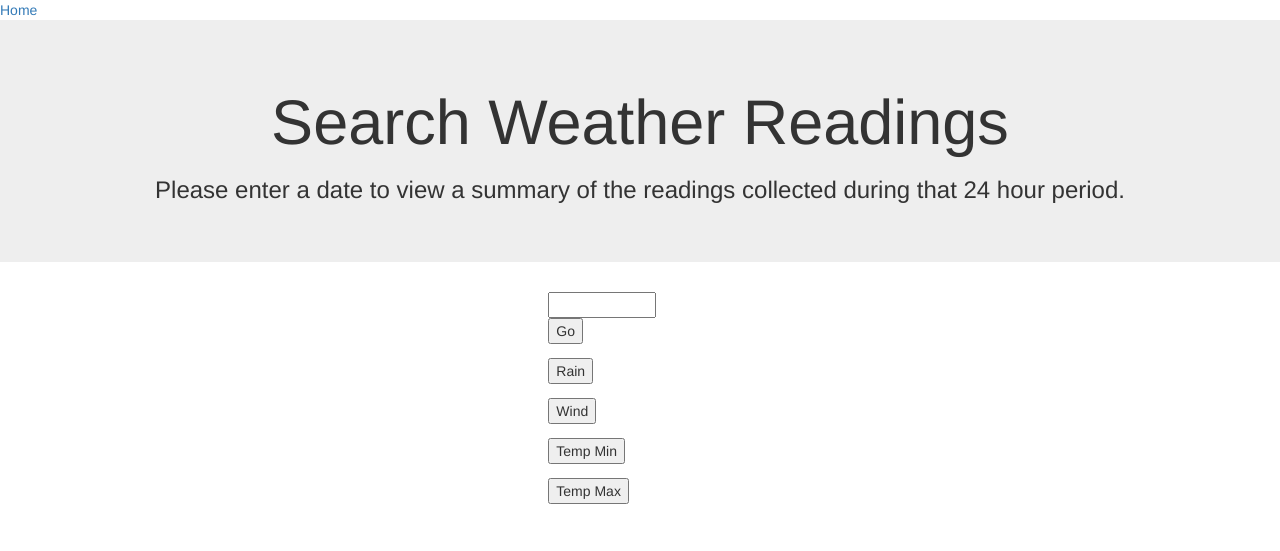
Repository: kralin27/ILC
Page: http://localhost/TESCWeather/WEB-INF/jsp/Search.jsp
An editor plug-in stored every save of this project. The page is shown before and after the next save, followed by the edit.
The browser window is 1280 px wide. The pictures show the whole page.
The page is served by Tomcat 9. Nobody is signed in. The template is opened directly, without the code that normally fills it, so the values that code supplies are empty.

Above is the page before, as saved 2016-12-13 02:40:58.

After the next save:
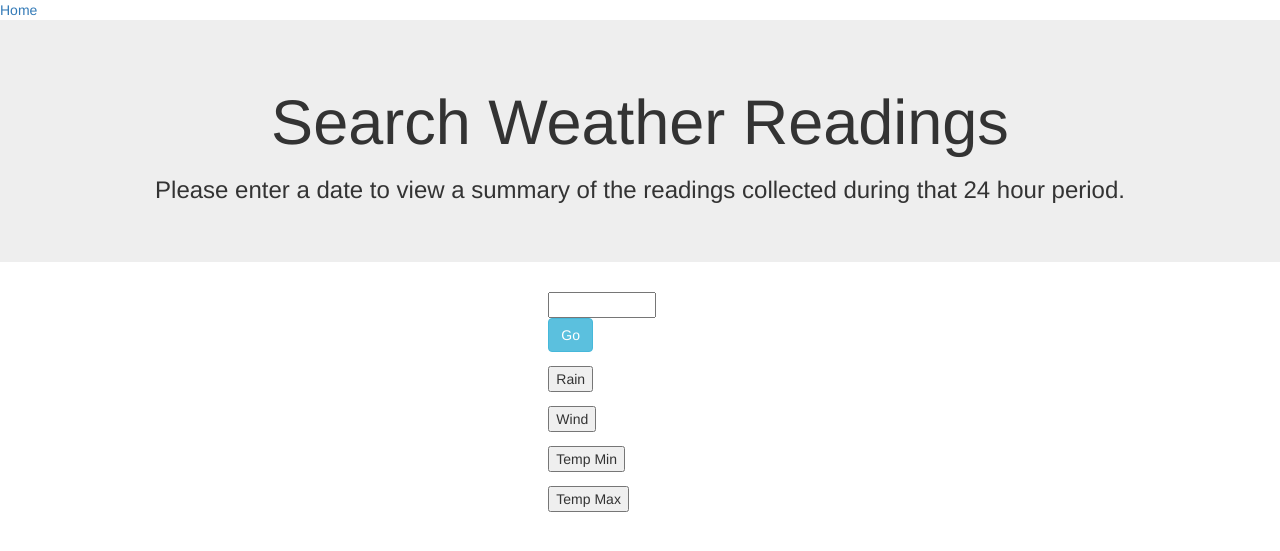
Saved 87 s later.
--- a/TESCWeather/src/main/webapp/WEB-INF/jsp/Search.jsp
+++ b/TESCWeather/src/main/webapp/WEB-INF/jsp/Search.jsp
@@ -25,7 +25,7 @@
 	<form method="GET" action=" <spring:url value="/WeatherReadings/Date" />">
 		<input type="text" name="date" size="10" >
 		<p>
-		<button type="submit"> Go</button>
+		<button type="submit" class="btn btn-large btn-info"> Go</button>
 	</form>
 
 	<form method="GET" action=" <spring:url value="/WeatherReadings/Measure/Rain" />">
